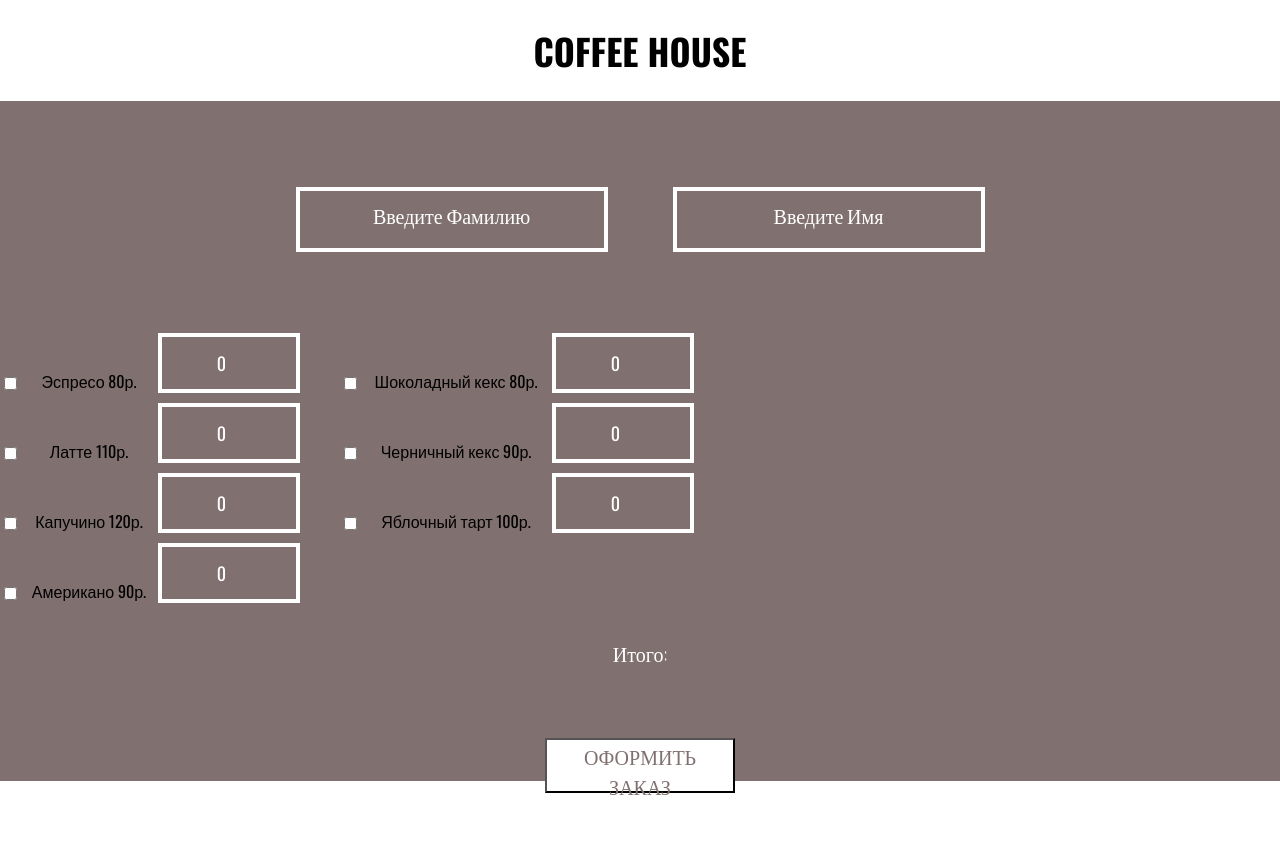
Repository: Valera1994/WebTestProject
Page: New2/index.html
An editor plug-in stored every save of this project. The page is shown before and after the next save, followed by the edit.
The browser window is 1280 px wide. The pictures show the whole page.

Above is the page before, as saved 2025-07-20 22:44:02.

After the next save:
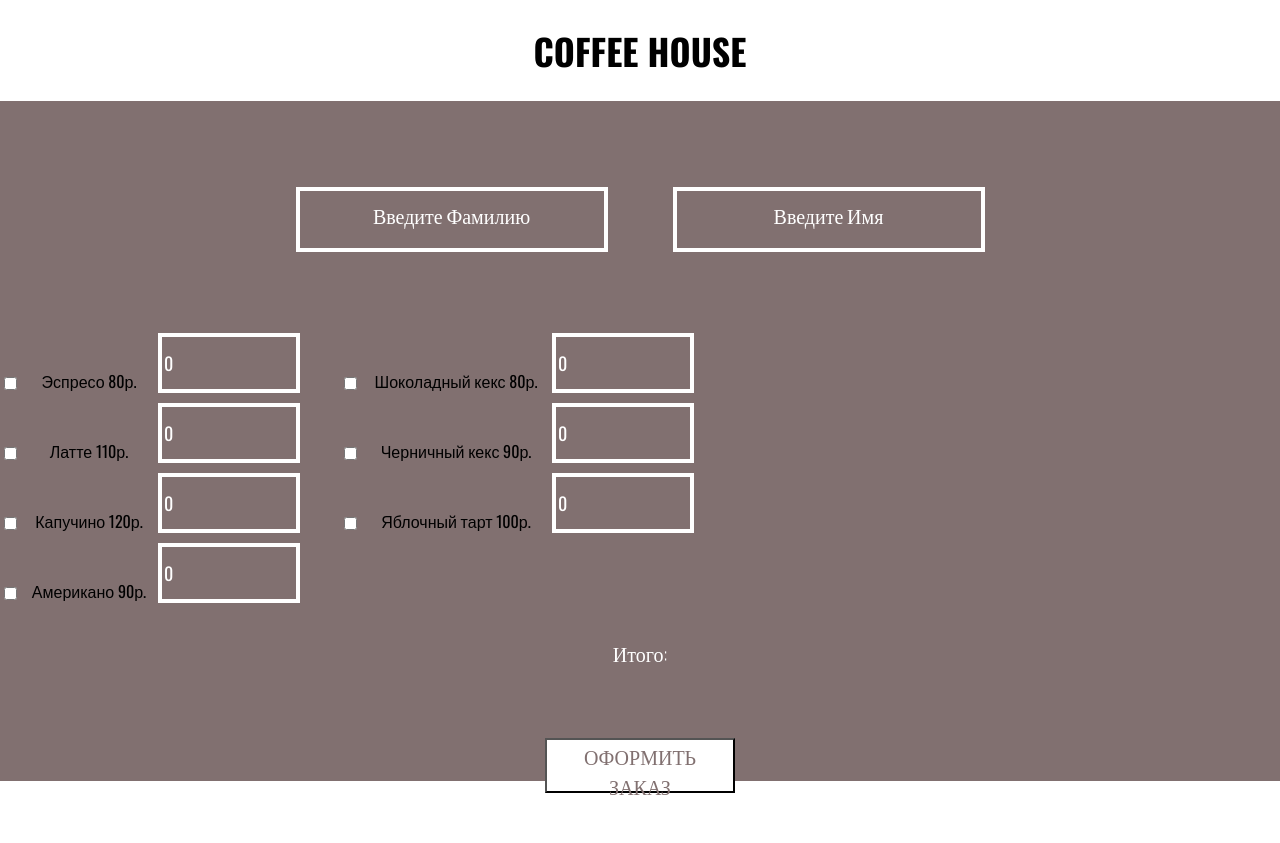
Saved 36 s later.
--- a/New2/style.css
+++ b/New2/style.css
@@ -98,7 +98,7 @@
     width: 130px;
     height: 50px;
     border: 4px solid white;
-    text-align: center;
+    align-items: center;
     font-family: 'Oswald';
     font-size: 18px;
     color: white;

After the save that followed:
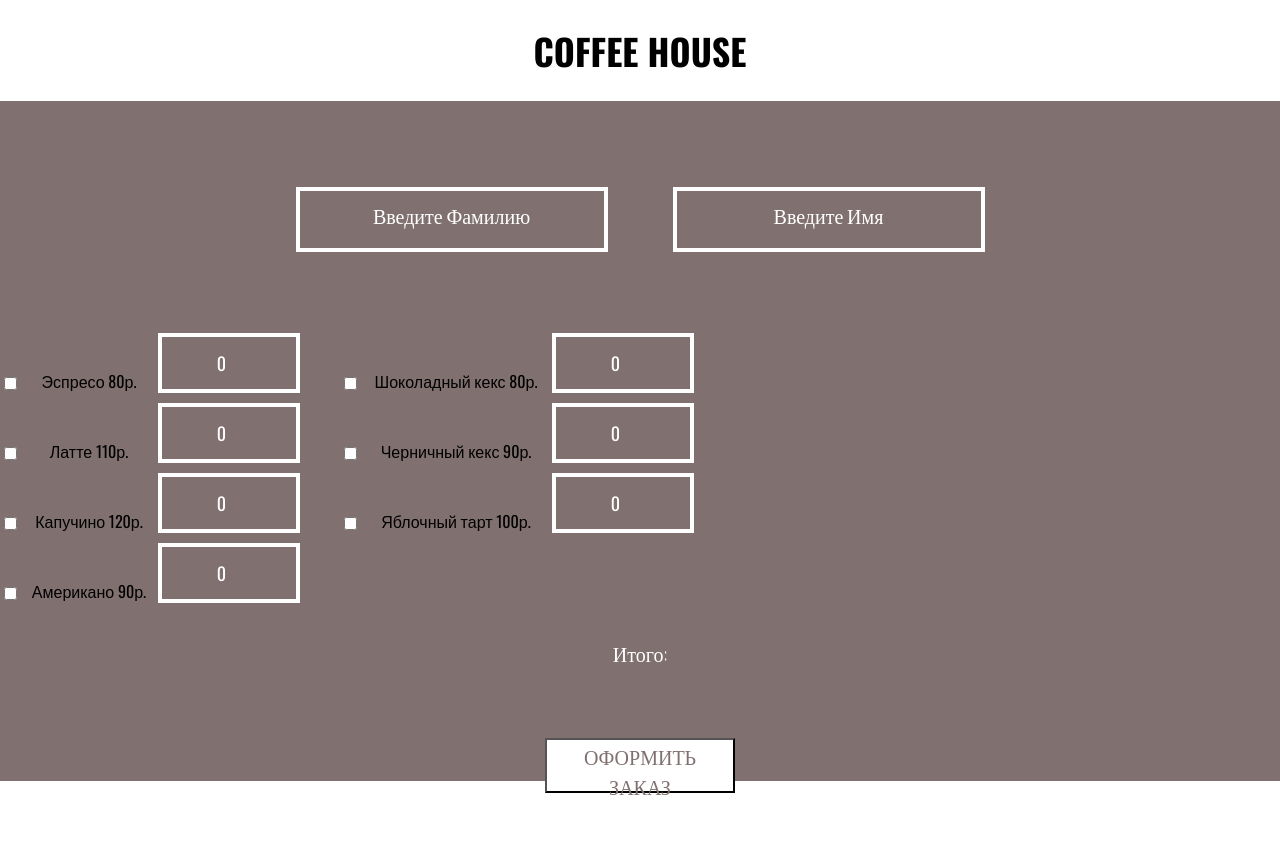
Saved 9 s later.
--- a/New2/style.css
+++ b/New2/style.css
@@ -98,7 +98,7 @@
     width: 130px;
     height: 50px;
     border: 4px solid white;
-    align-items: center;
+    text-align: center;
     font-family: 'Oswald';
     font-size: 18px;
     color: white;
